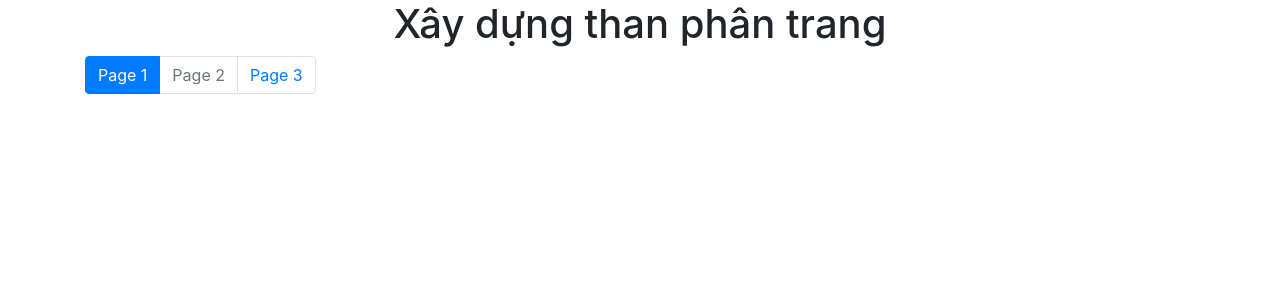
Repository: anhtu2110/front_end
Page: lesson/bootstrap/advance/5.7-pagination.html
These files come from the project's save history. The page is drawn as it stood at one moment and after the next save; the edit follows.
The browser window is 1280 px wide. The pictures show the whole page.

Above is the page before, as saved 2022-12-07 14:49:42.

After the next save:
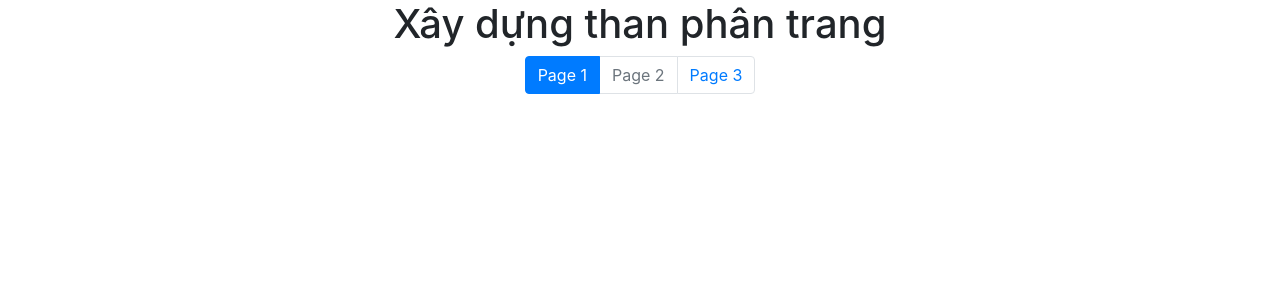
Saved 33 s later.
--- a/lesson/bootstrap/advance/5.7-pagination.html
+++ b/lesson/bootstrap/advance/5.7-pagination.html
@@ -12,8 +12,8 @@
       <div class="row">
         <div class="col-md-12">
           <h1 class="text-center">Xây dựng than phân trang</h1>
-          <nav aria-label="Page navigation" class="justify-conten-center">
-            <ul class="pagination">
+          <nav aria-label="Page navigation">
+            <ul class="pagination justify-content-center">
               <li class="page-item active" aria-current="page">
                 <a class="page-link" href="#"
                   >Page 1 <span class="sr-only">(current)</span></a
